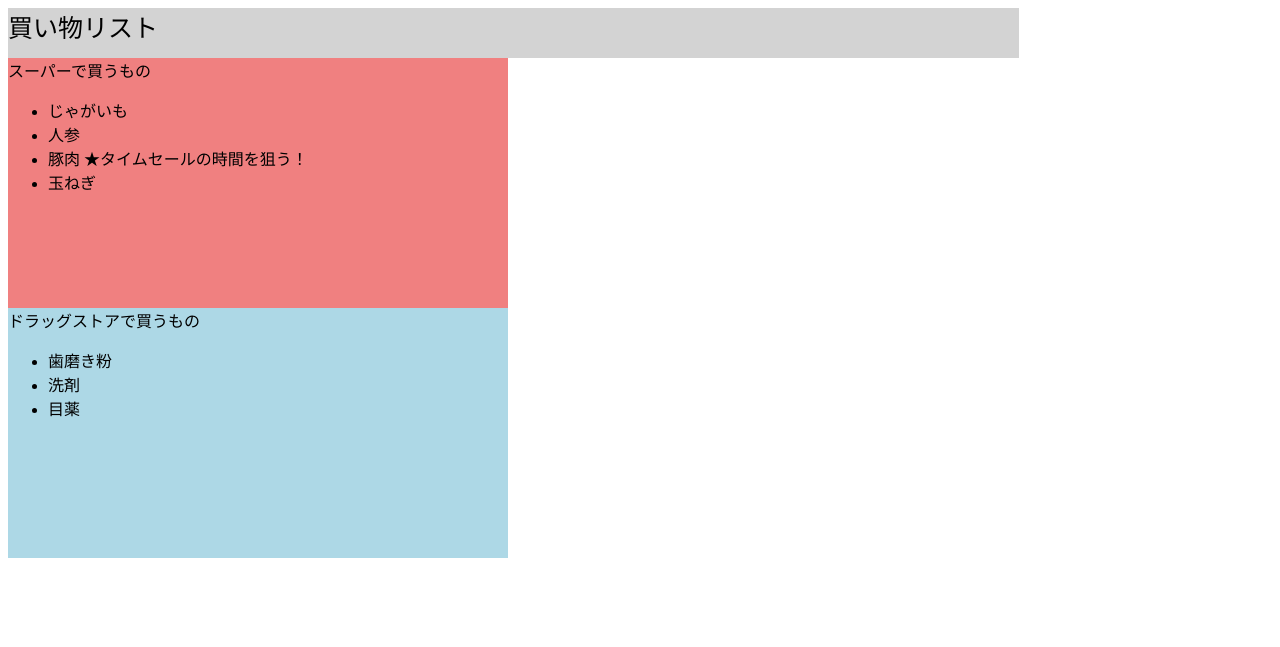
Repository: m-mao/firsa_app
Page: html_css/html_construction/index.html
The author's editor kept a record of every edit. The page is drawn from the files as they stood at one moment, then again after the next edit.
The browser window is 1280 px wide. The pictures show the whole page.

Above is the page before.

### html_css/html_construction/index.html
<!DOCTYPE HTML>
<html>
  <head>
    <meta charset="UTF-8">
    <title>html_construction</title>
    <link rel="stylesheet" href="style.css">
  </head>
  <body>
      <header>
          買い物リスト
      </header>
      <div class="content">
          <div class="top-content">
              スーパーで買うもの
        　     <ul class="lists">
                  <li class="list">じゃがいも</li>
                  <li class="list">人参</li>
                  <li class="list featured">豚肉 ★タイムセールの時間を狙う！</li>
                  <li class="list">玉ねぎ</li>
            　</ul>
          </div>
          <div class="bottom-content">
              ドラッグストアで買うもの
              <ul class="lists">
                  <li class="list">歯磨き粉</li>
                  <li class="list">洗剤</li>
                  <li class="list">目薬</li>
            　</ul>
          </div>
      </div>
      <footer>
      </footer>
  </body>
</html>

### html_css/html_construction/style.css
header{
  height: 50px;
  width: 80%;
  font-size: 25px;
  background-color: lightgray;
}
.contents{
  width: 500px;
}
.top-content{
  height: 250px;
  width: 500px;
  background-color: lightcoral;
}

.bottom-content{
  height: 250px;
  width: 500px;
  background-color: lightblue;
}

footer{
  height: 50px;
  width: 80%;
}

After the next edit:
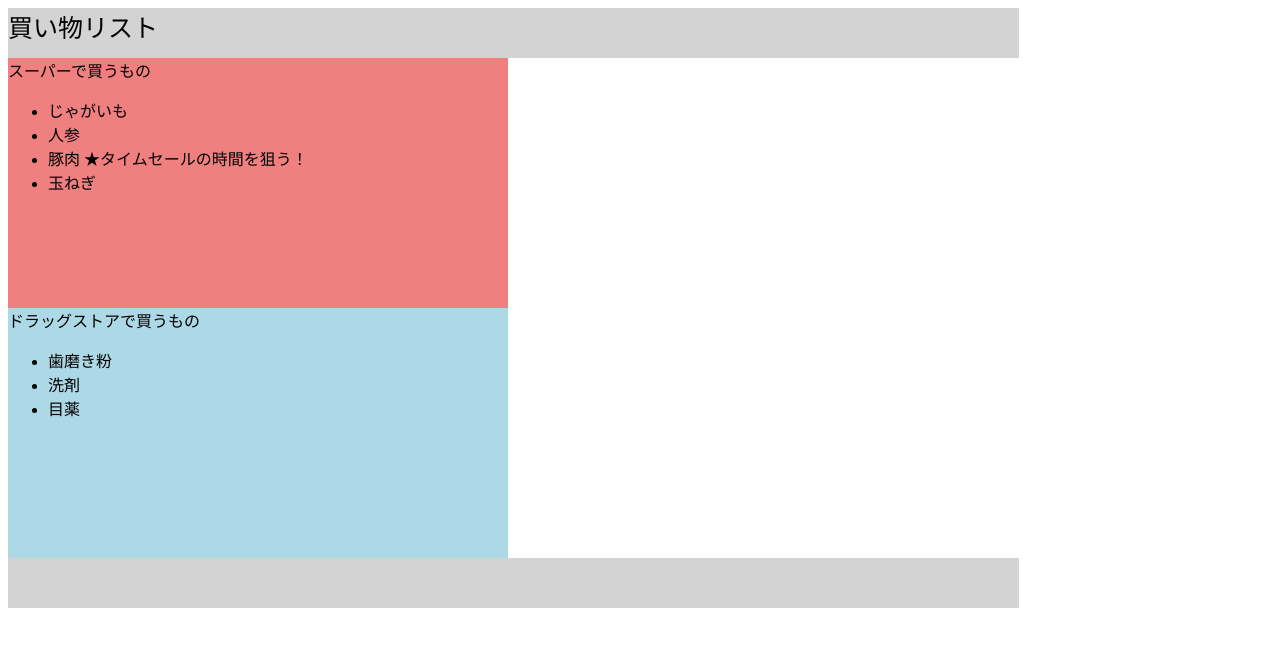
The edit:
--- a/html_css/html_construction/style.css
+++ b/html_css/html_construction/style.css
@@ -22,4 +22,5 @@
 footer{
   height: 50px;
   width: 80%;
+  background-color: lightgray;
 }
